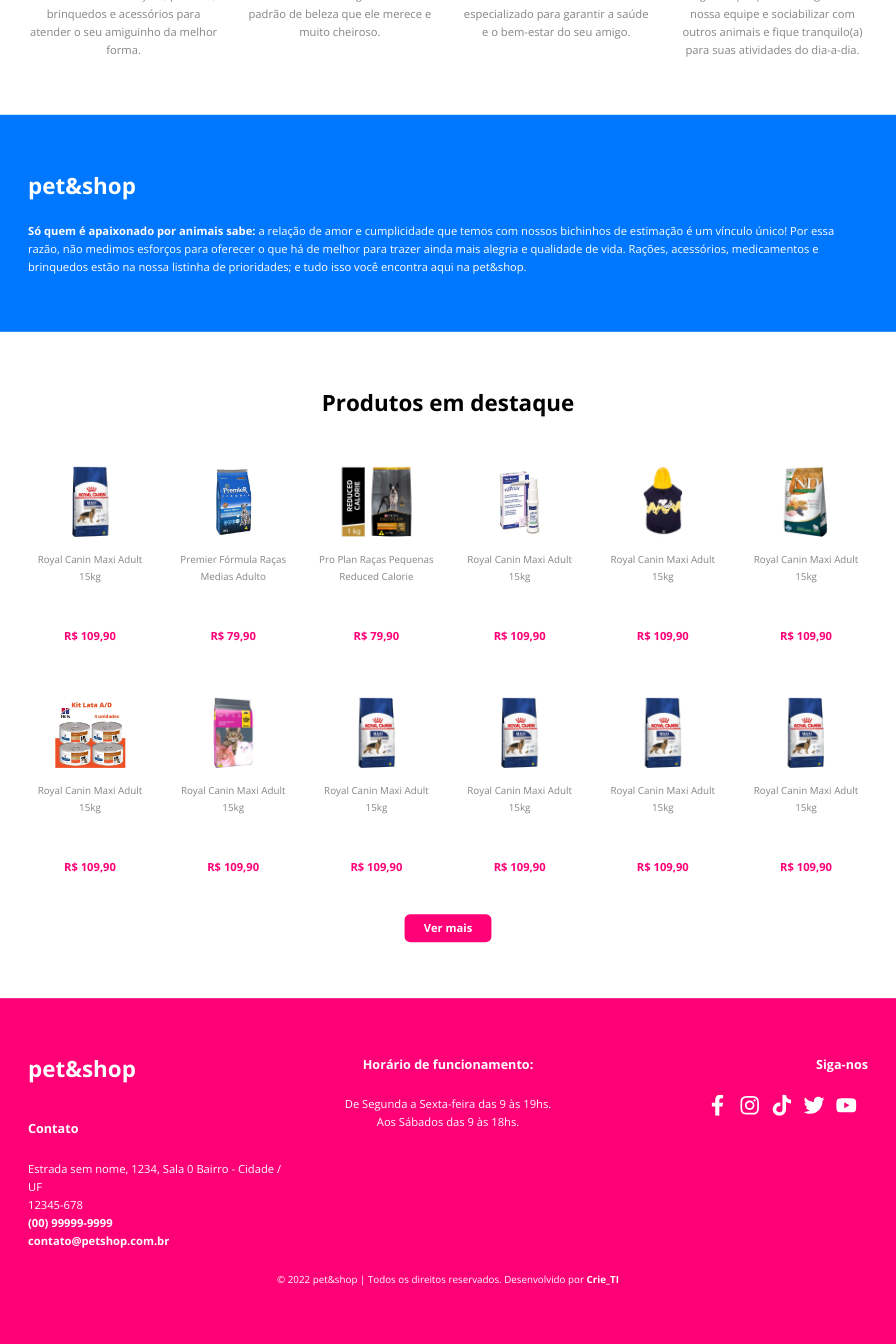
Repository: EzequielKaiber/pet-e-shop
Page: index.html
The author's editor kept a copy of each file at every save. The page is drawn from the files as they stood at one save, then again after the next save.
The browser window is 1280 px wide. The pictures show the part of the page from y = 1130 to 3050 px (the page is 3050 px tall), at 70% of full size.

Above is the page before, as saved 2022-04-25 15:50:38.

### index.html
<!DOCTYPE html>
<html lang="en">
<head>
    <meta charset="UTF-8">
    <meta http-equiv="X-UA-Compatible" content="IE=edge">
    <meta name="viewport" content="width=device-width, initial-scale=1.0">
    <title>Document</title>
    <link rel="stylesheet" href="css/header.css">
    <link rel="stylesheet" href="css/style.css">
    <link rel="stylesheet" href="css/footer.css">
    <link href="https://fonts.googleapis.com/css2?family=Open+Sans:wght@400;700&display=swap" rel="stylesheet">
</head>
<header>
    <div class="container">
        <div class="header-itens">
            <a href="./">
                <div class="logo" style="background-image: url(img/logo-colored.svg);"></div>
            </a>
            <nav class="menu">
                <ul>
                    <li class="active">
                        <a href="./index.html">Home</a>
                    </li>
                    <li>
                        <a href="./sobre.html">Sobre</a>
                    </li>
                    <li>
                        <a href="./produtos.html">Produtos</a>
                    </li>
                    <li>
                        <a href="./servicos.html">Serviços</a>
                    </li>
                    <li>
                        <a href="./fale-conosco.html">Fale conosco</a>
                    </li>
                </ul>
            </nav>
        </div>
    </div>
</header>
<body>
    <div class="banner" style="background-image: url(img/banner.jpg);"></div>
    <section class="servicos">
        <div class="container">
            <div class="title">
                <h2>Nossos serviços</h2>
            </div>
            <div class="cards">
                <div class="card">
                    <div class="icon" style="background-image: url(img/Ícones/paw-solid.svg)"></div>
                    <h1>Produtos</h1>
                    <p>Uma variedade de rações, petiscos, brinquedos e acessórios para atender o seu amiguinho da melhor forma.</p>
                </div>
                <div class="card">
                    <div class="icon" style="background-image: url(img/Ícones/shower-solid.svg)"></div>
                    <h1>Banho e Tosa</h1>
                    <p>Para deixar seu amiguinho com o padrão de beleza que ele merece e muito cheiroso.</p>
                </div>
                <div class="card">
                    <div class="icon" style="background-image: url(img/Ícones/syringe-solid.svg)"></div>
                    <h1>Centro Médico</h1>
                    <p>Atendimento veterinário especializado para garantir a saúde e o bem-estar do seu amigo.</p>
                </div>
                <div class="card">
                    <div class="icon" style="background-image: url(img/Ícones/dog-solid.svg)"></div>
                    <h1>Creche</h1>
                    <p> Traga seu pet para interagir com a nossa equipe e sociabilizar com outros animais e fique tranquilo(a) para suas atividades do dia-a-dia.</p>
                </div>
            </div>
        </div>
    </section>
    <section class="petshop">
        <div class="container">
            <h2>pet&shop</h2>
            <p><b>Só quem é apaixonado por animais sabe:</b> a relação de amor e cumplicidade que temos com
                nossos bichinhos de estimação é um vínculo único! Por essa razão, não medimos esforços para
                oferecer o que há de melhor para trazer ainda mais alegria e qualidade de vida. Rações,
                acessórios, medicamentos e brinquedos estão na nossa listinha de prioridades; e tudo isso você
                encontra aqui na pet&shop.
                </p>
        </div>
    </section>
    <section class="produtos">
        <div class="container">
            <div class="title">
                <h2>Produtos em destaque</h2>
            </div>
            <div class="cards-produtos">
                <div class="card">
                    <div class="image" style="background-image: url(img/Produtos/product-1.webp);"></div>
                    <small>Royal Canin Maxi Adult 15kg</small>
                    <span>R$ 109,90</span>
                </div>
                <div class="card">
                    <div class="image" style="background-image: url(img/Produtos/product-2.webp);"></div>
                    <small>Premier Fórmula Raças Medias Adulto</small>
                    <span>R$ 79,90</span>
                </div>
                <div class="card">
                    <div class="image" style="background-image: url(img/Produtos/product-3.webp);"></div>
                    <small>Pro Plan Raças Pequenas Reduced Calorie</small>
                    <span>R$ 79,90</span>
                </div>
                <div class="card">
                    <div class="image" style="background-image: url(img/Produtos/product-4.webp);"></div>
                    <small>Royal Canin Maxi Adult 15kg</small>
                    <span>R$ 109,90</span>
                </div>
                <div class="card">
                    <div class="image" style="background-image: url(img/Produtos/product-5.webp);"></div>
                    <small>Royal Canin Maxi Adult 15kg</small>
                    <span>R$ 109,90</span>
                </div>
                <div class="card">
                    <div class="image" style="background-image: url(img/Produtos/product-6.webp);"></div>
                    <small>Royal Canin Maxi Adult 15kg</small>
                    <span>R$ 109,90</span>
                </div>
                <div class="card">
                    <div class="image" style="background-image: url(img/Produtos/product-7.webp);"></div>
                    <small>Royal Canin Maxi Adult 15kg</small>
                    <span>R$ 109,90</span>
                </div>
                <div class="card">
                    <div class="image" style="background-image: url(img/Produtos/product-8.webp);"></div>
                    <small>Royal Canin Maxi Adult 15kg</small>
                    <span>R$ 109,90</span>
                </div>
                <div class="card">
                    <div class="image" style="background-image: url(img/Produtos/product-1.webp);"></div>
                    <small>Royal Canin Maxi Adult 15kg</small>
                    <span>R$ 109,90</span>
                </div>
                <div class="card">
                    <div class="image" style="background-image: url(img/Produtos/product-1.webp);"></div>
                    <small>Royal Canin Maxi Adult 15kg</small>
                    <span>R$ 109,90</span>
                </div>
                <div class="card">
                    <div class="image" style="background-image: url(img/Produtos/product-1.webp);"></div>
                    <small>Royal Canin Maxi Adult 15kg</small>
                    <span>R$ 109,90</span>
                </div>
                <div class="card">
                    <div class="image" style="background-image: url(img/Produtos/product-1.webp);"></div>
                    <small>Royal Canin Maxi Adult 15kg</small>
                    <span>R$ 109,90</span>
                </div>
            </div>
            <div class="actions">
                <a href="./produtos.html"><button>Ver mais</button></a>
            </div>
        </div>
    </section>
    <footer>
        <div class="container">
            <div class="footer-itens">
                <div class="footer-item">
                    <h2>pet&shop</h2>
                    <ul>
                        <li class="title">Contato</li>
                        <li>Estrada sem nome, 1234, Sala 0 Bairro - Cidade / UF</li>
                        <li>12345-678</li>
                        <li><a href="tel:(00) 99999-9999">(00) 99999-9999</a></li>
                        <li><a href="mailto:contato@petshop.com.br">contato@petshop.com.br</a></li>
                    </ul>
                </div>
                <div class="footer-item dflex alg-center jcc f-col">
                    <h1>Horário de funcionamento:</h1>
                    <p>De Segunda a Sexta-feira das 9 às 19hs.</p>
                    <p>Aos Sábados das 9 às 18hs.</p>
                </div>
                <div class="footer-item social-items">
                    <h1>Siga-nos</h1>
                    <div class="social">
                        <a href="#">
                            <svg xmlns="http://www.w3.org/2000/svg" viewBox="0 0 320 512"><!--! Font Awesome Pro 6.1.1 by @fontawesome - https://fontawesome.com License - https://fontawesome.com/license (Commercial License) Copyright 2022 Fonticons, Inc. --><path d="M279.14 288l14.22-92.66h-88.91v-60.13c0-25.35 12.42-50.06 52.24-50.06h40.42V6.26S260.43 0 225.36 0c-73.22 0-121.08 44.38-121.08 124.72v70.62H22.89V288h81.39v224h100.17V288z"/></svg>
                        </a>
                        <a href="#">
                            <svg xmlns="http://www.w3.org/2000/svg" viewBox="0 0 448 512"><!--! Font Awesome Pro 6.1.1 by @fontawesome - https://fontawesome.com License - https://fontawesome.com/license (Commercial License) Copyright 2022 Fonticons, Inc. --><path d="M224.1 141c-63.6 0-114.9 51.3-114.9 114.9s51.3 114.9 114.9 114.9S339 319.5 339 255.9 287.7 141 224.1 141zm0 189.6c-41.1 0-74.7-33.5-74.7-74.7s33.5-74.7 74.7-74.7 74.7 33.5 74.7 74.7-33.6 74.7-74.7 74.7zm146.4-194.3c0 14.9-12 26.8-26.8 26.8-14.9 0-26.8-12-26.8-26.8s12-26.8 26.8-26.8 26.8 12 26.8 26.8zm76.1 27.2c-1.7-35.9-9.9-67.7-36.2-93.9-26.2-26.2-58-34.4-93.9-36.2-37-2.1-147.9-2.1-184.9 0-35.8 1.7-67.6 9.9-93.9 36.1s-34.4 58-36.2 93.9c-2.1 37-2.1 147.9 0 184.9 1.7 35.9 9.9 67.7 36.2 93.9s58 34.4 93.9 36.2c37 2.1 147.9 2.1 184.9 0 35.9-1.7 67.7-9.9 93.9-36.2 26.2-26.2 34.4-58 36.2-93.9 2.1-37 2.1-147.8 0-184.8zM398.8 388c-7.8 19.6-22.9 34.7-42.6 42.6-29.5 11.7-99.5 9-132.1 9s-102.7 2.6-132.1-9c-19.6-7.8-34.7-22.9-42.6-42.6-11.7-29.5-9-99.5-9-132.1s-2.6-102.7 9-132.1c7.8-19.6 22.9-34.7 42.6-42.6 29.5-11.7 99.5-9 132.1-9s102.7-2.6 132.1 9c19.6 7.8 34.7 22.9 42.6 42.6 11.7 29.5 9 99.5 9 132.1s2.7 102.7-9 132.1z"/></svg>
                        </a>
                        <a href="#">
                            <svg xmlns="http://www.w3.org/2000/svg" viewBox="0 0 448 512"><!--! Font Awesome Pro 6.1.1 by @fontawesome - https://fontawesome.com License - https://fontawesome.com/license (Commercial License) Copyright 2022 Fonticons, Inc. --><path d="M448,209.91a210.06,210.06,0,0,1-122.77-39.25V349.38A162.55,162.55,0,1,1,185,188.31V278.2a74.62,74.62,0,1,0,52.23,71.18V0l88,0a121.18,121.18,0,0,0,1.86,22.17h0A122.18,122.18,0,0,0,381,102.39a121.43,121.43,0,0,0,67,20.14Z"/></svg>
                        </a>
                        <a href="#">
                            <svg xmlns="http://www.w3.org/2000/svg" viewBox="0 0 512 512"><!--! Font Awesome Pro 6.1.1 by @fontawesome - https://fontawesome.com License - https://fontawesome.com/license (Commercial License) Copyright 2022 Fonticons, Inc. --><path d="M459.37 151.716c.325 4.548.325 9.097.325 13.645 0 138.72-105.583 298.558-298.558 298.558-59.452 0-114.68-17.219-161.137-47.106 8.447.974 16.568 1.299 25.34 1.299 49.055 0 94.213-16.568 130.274-44.832-46.132-.975-84.792-31.188-98.112-72.772 6.498.974 12.995 1.624 19.818 1.624 9.421 0 18.843-1.3 27.614-3.573-48.081-9.747-84.143-51.98-84.143-102.985v-1.299c13.969 7.797 30.214 12.67 47.431 13.319-28.264-18.843-46.781-51.005-46.781-87.391 0-19.492 5.197-37.36 14.294-52.954 51.655 63.675 129.3 105.258 216.365 109.807-1.624-7.797-2.599-15.918-2.599-24.04 0-57.828 46.782-104.934 104.934-104.934 30.213 0 57.502 12.67 76.67 33.137 23.715-4.548 46.456-13.32 66.599-25.34-7.798 24.366-24.366 44.833-46.132 57.827 21.117-2.273 41.584-8.122 60.426-16.243-14.292 20.791-32.161 39.308-52.628 54.253z"/></svg>
                        </a>
                        <a href="#">
                            <svg xmlns="http://www.w3.org/2000/svg" viewBox="0 0 576 512"><!--! Font Awesome Pro 6.1.1 by @fontawesome - https://fontawesome.com License - https://fontawesome.com/license (Commercial License) Copyright 2022 Fonticons, Inc. --><path d="M549.655 124.083c-6.281-23.65-24.787-42.276-48.284-48.597C458.781 64 288 64 288 64S117.22 64 74.629 75.486c-23.497 6.322-42.003 24.947-48.284 48.597-11.412 42.867-11.412 132.305-11.412 132.305s0 89.438 11.412 132.305c6.281 23.65 24.787 41.5 48.284 47.821C117.22 448 288 448 288 448s170.78 0 213.371-11.486c23.497-6.321 42.003-24.171 48.284-47.821 11.412-42.867 11.412-132.305 11.412-132.305s0-89.438-11.412-132.305zm-317.51 213.508V175.185l142.739 81.205-142.739 81.201z"/></svg>
                        </a>
                    </div>
                </div>
            </div>
            <div class="copy">
                <p>© 2022 pet&shop | Todos os direitos reservados. Desenvolvido por <a target="_blank" href="https://www.univates.br/crieti">Crie_TI</a></p>
            </div>
        </div>
    </footer>
</body>
</html>

### css/header.css
* {
    padding: 0;
    margin: 0;
    box-sizing: border-box;
}
header {
    width: 100%;
    height: 100px;
    background-color: #fff;
    box-shadow: 0 3px 6px 0 rgb(0 0 0 / 5%);
    position: fixed;
    top: 0;
    z-index: 999999;
}
header .header-itens {
    display: flex;
    flex-direction: row;
    justify-content: space-between;
    width: 100%;
    height: 100px;
    align-items: center;
}
header .header-itens .logo {
    width: 200px;
    height: 90px;
    background-position: center;
    background-repeat: no-repeat;
    background-size: contain;
}
header .header-itens .menu {
    display: flex;
    flex-direction: row;
}
header .header-itens .menu ul {
    list-style: none;
    display: flex;
    flex-direction: row;
    margin-right: 16px;
}
header .header-itens .menu ul li {
    height: 100%;
    padding: 38px 10px;
    margin-left: 20px;
}
header .header-itens .menu ul li a {
    font-size: 18px;
    line-height: 28px;
    color: #000;
    text-decoration: none;
    transition: ease-in-out 0.32s;
}
header .header-itens .menu ul li a:hover {
    transition: ease-in-out 0.32s;
    color: #f07;
}
header .header-itens .menu ul li.active {
    background-color: #f07;
}
header .header-itens .menu ul li.active a {
    color: #fff;
}

### css/footer.css
footer {
    background-color: #FF0077;
    padding: 80px 0;
}
footer .footer-itens {
    display: flex;
    flex-direction: row;
    justify-content: space-between;
}
footer .footer-itens .footer-item {
    width: calc(33% - 15px);
    height: fit-content;
}
footer .footer-itens .footer-item h2 {
    font-size: 32px;
    line-height: 42px;
    color: #fff;
    margin-bottom: 50px;
}
footer .footer-itens .footer-item ul {
    list-style: none;
    display: flex;
    flex-direction: column;
}
footer .footer-itens .footer-item ul li.title {
    font-size: 18px;
    line-height: 28px;
    color: #fff;
    font-weight: bold;
    margin-bottom: 30px;
}
footer .footer-itens .footer-item ul li {
    font-size: 16px;
    line-height: 26px;
    color: #fff;
}
footer .footer-itens .footer-item ul li a {
    font-size: 16px;
    line-height: 26px;
    color: #fff;
    font-weight: bold;
    text-decoration: none;
}
footer .footer-itens .footer-item h1 {
    font-size: 18px;
    line-height: 28px;
    color: #fff;
    font-weight: bold;
    margin-bottom: 30px;
}
footer .footer-itens .footer-item.social-items {
    align-items: flex-end;
    justify-content: flex-end;
    display: flex;
    flex-direction: column;
}
footer .footer-itens .footer-item p {
    font-size: 16px;
    line-height: 26px;
    color: #fff;
}
footer .footer-itens .footer-item .social {
    display: flex;
    flex-direction: row;
    align-items: flex-end;
}
footer .footer-itens .footer-item .social a {
    display: block;
    height: 30px;
    width: 30px;
    margin-right: 16px;
}
footer .footer-itens .footer-item .social a svg {
    height: 30px;
    width: 30px;
    fill: #fff;
    transition: ease-in-out 0.32s;
    transform: scale(1) rotate(0deg);
}
footer .footer-itens .footer-item .social a:hover svg {
    transform: scale(1.1) rotate(10deg);
    transition: ease-in-out 0.32s;
}
footer .copy {
    display: flex;
    margin-top: 30px;
    flex-direction: row;
    align-items: center;
    justify-content: center;
}
footer .copy p {
    font-size: 14px;
    line-height: 24px;
    color: #fff;
}
footer .copy p a {
    font-size: 14px;
    line-height: 24px;
    color: #fff;
    font-weight: bold;
    text-decoration: none;
}

Loaded but not shown: css/style.css (481 lines, source omitted)

After the next save:
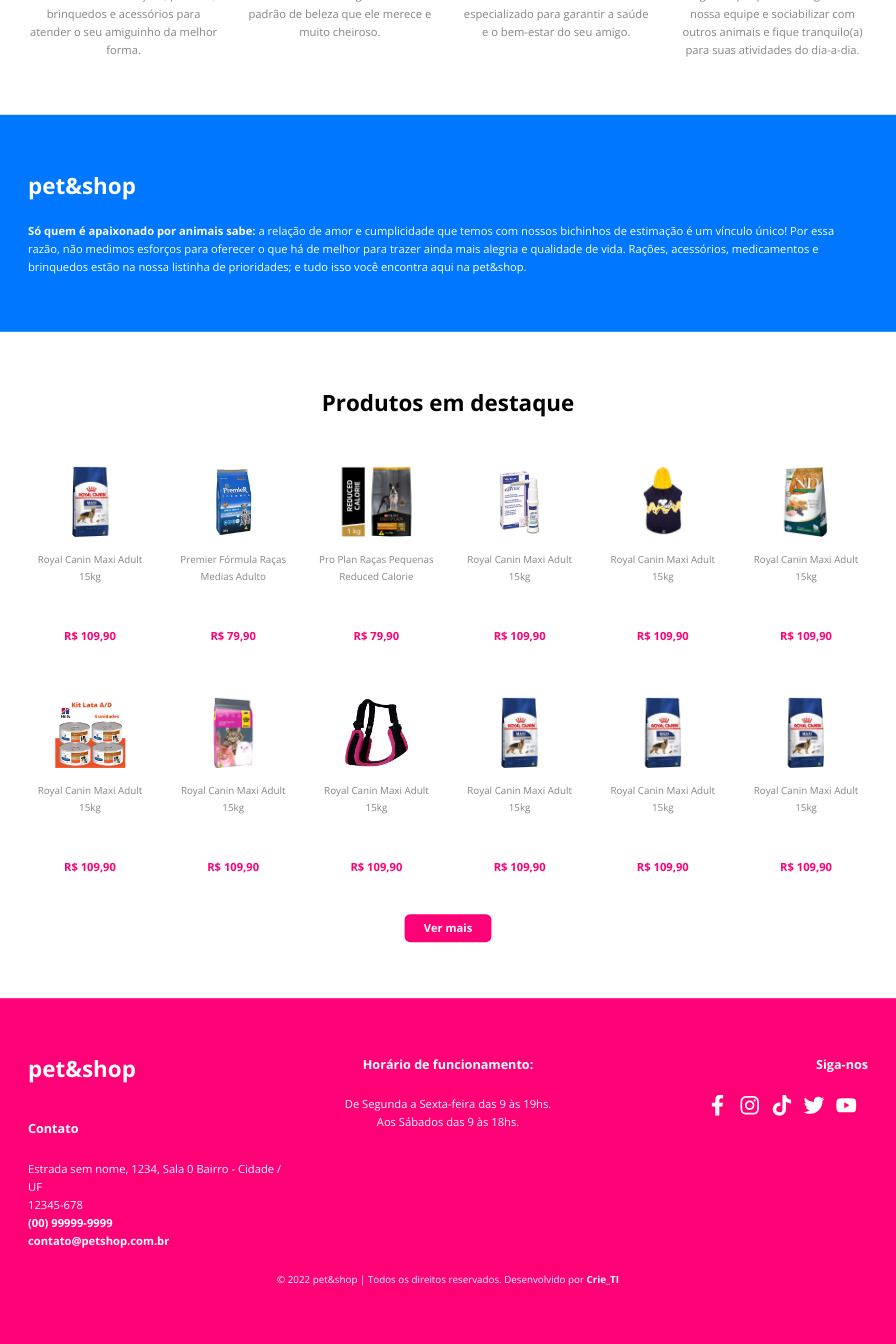
Saved 4 s later.
--- a/index.html
+++ b/index.html
@@ -127,7 +127,7 @@
                     <span>R$ 109,90</span>
                 </div>
                 <div class="card">
-                    <div class="image" style="background-image: url(img/Produtos/product-1.webp);"></div>
+                    <div class="image" style="background-image: url(img/Produtos/product-9.webp);"></div>
                     <small>Royal Canin Maxi Adult 15kg</small>
                     <span>R$ 109,90</span>
                 </div>
